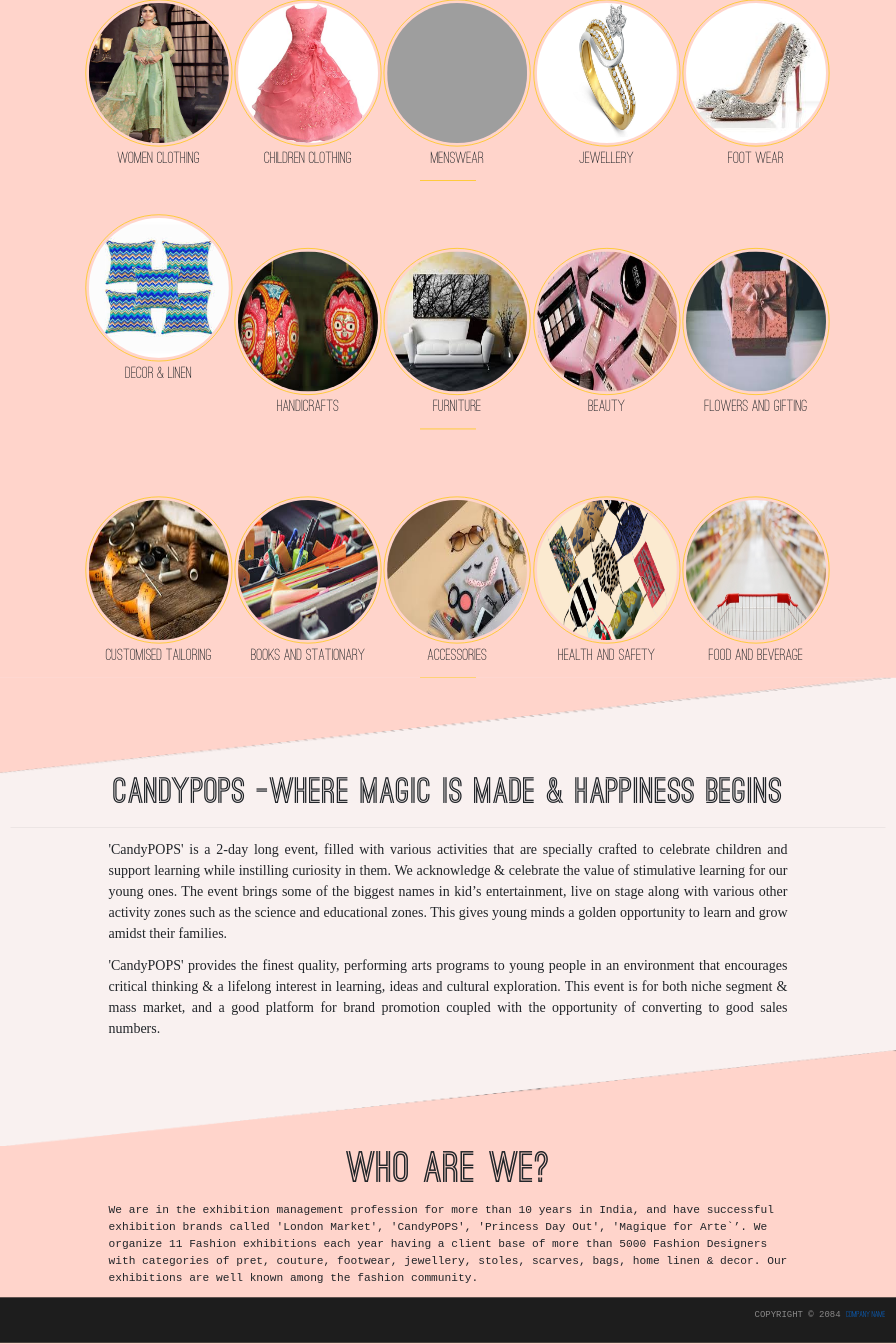
Repository: Demonster1999/newshoperrepo
Page: index.html
These files come from the project's save history. The page is drawn as it stood at one moment and after the next save; the edit follows.
The browser window is 1280 px wide. The pictures show the part of the page from y = 1665 to 3585 px (the page is 3585 px tall), at 70% of full size.
Pictures or frames that could not be fetched are drawn as grey boxes. Some web libraries are served in a nearby version.

Above is the page before, as saved 2020-07-21 15:58:11.
Console error: TypeError: Cannot read properties of null (reading 'getContext')

After the next save:
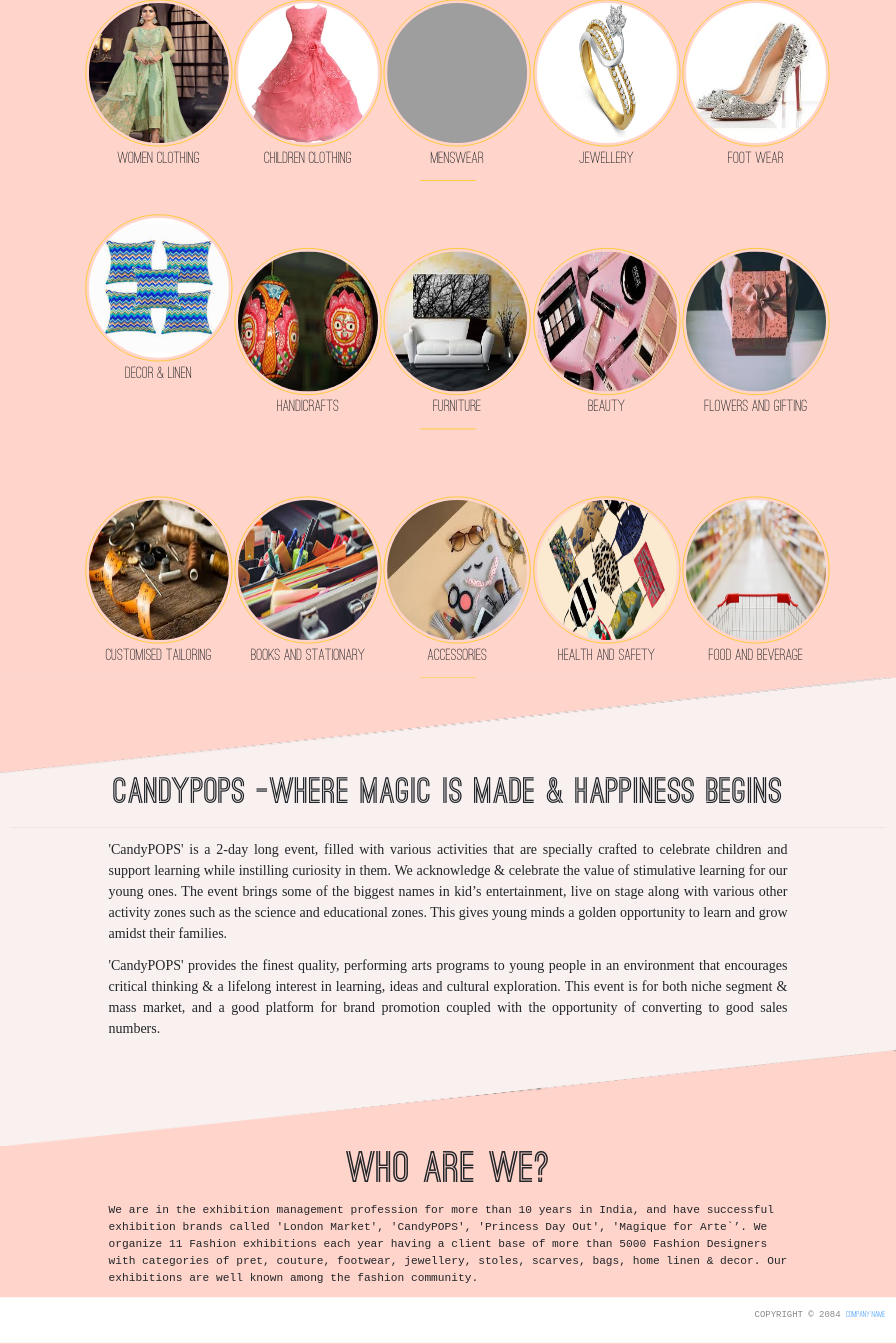
Saved 6 s later.
--- a/index.html
+++ b/index.html
@@ -335,7 +335,7 @@
 
 
 
-	<footer class="text-right text">
+	<footer class="text-right bg-white">
 		<p class="text-uppercase container small">Copyright &copy; 2084 <a href="#">Company Name</a></p>
 	</footer>
 	<script src="js/jquery-1.11.1.min.js" ></script>
